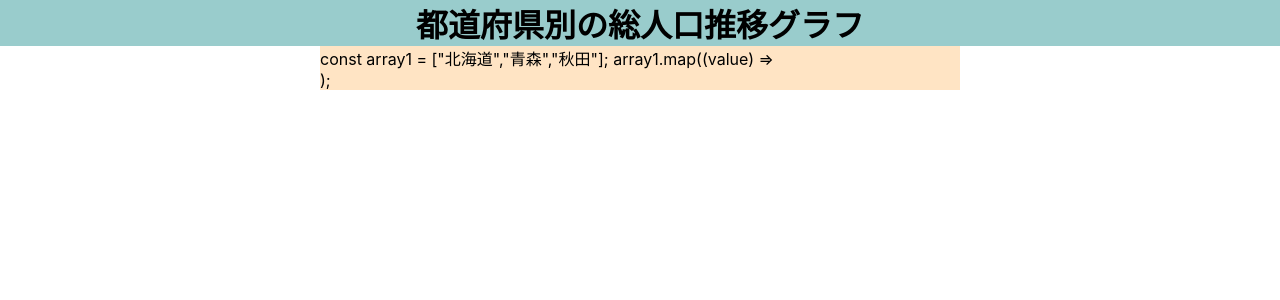
Repository: shisyamoCat/reqriutment-test
Page: /
An editor plug-in stored every save of this project. The page is shown before and after a run of saves, followed by the edit.
The browser window is 1280 px wide. The pictures show the whole page.
The page's requests for data from a server got no answer. The project was rebuilt for these pictures with package versions that can differ from the ones it lists, and the page was loaded fresh each time. No one was signed in, and anything a server would have sent is missing. Also part of the build but not shown: src/components/Pref.jsx.

Above is the page before, as saved 2022-07-06 16:39:47.

After the next 3 saves:
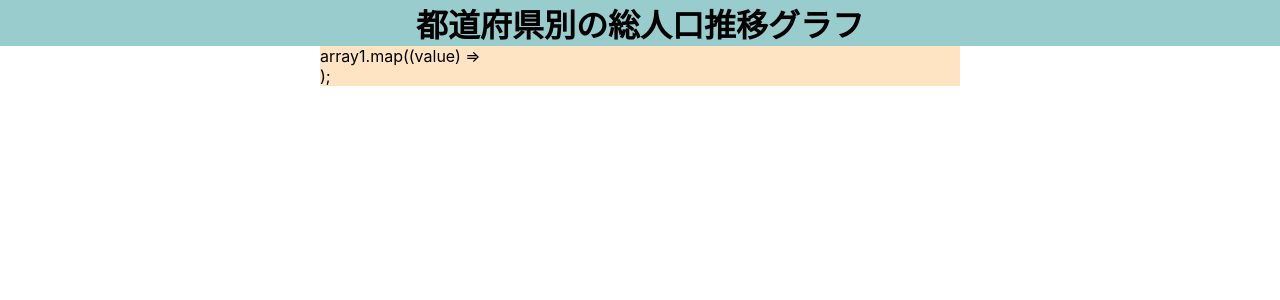
The 3 saves are shown as one change because 2 did not build or start.
The last was saved 2 min 1 s later.
--- a/src/components/PrefLists.jsx
+++ b/src/components/PrefLists.jsx
@@ -2,8 +2,10 @@ import { FormGroup } from '@material-ui/core';
 import React from 'react';
 import { default as Pref } from './Pref';
 
-const PrefLists = (props) => {
+const PrefLists = (props) => {        const array1 = [1,2,3];
+
     return (
+
         <div className="pref-grid">
             {/* {props.prefData.map((value, index) => {
                 return <Pref
@@ -12,7 +14,6 @@ const PrefLists = (props) => {
                     checked={props.isSelected}
                     />
             })} */}
-            const array1 = ["北海道","青森","秋田"];
             array1.map((value) => <FormGroup/>);
                 {/* <input
                     id='check'
